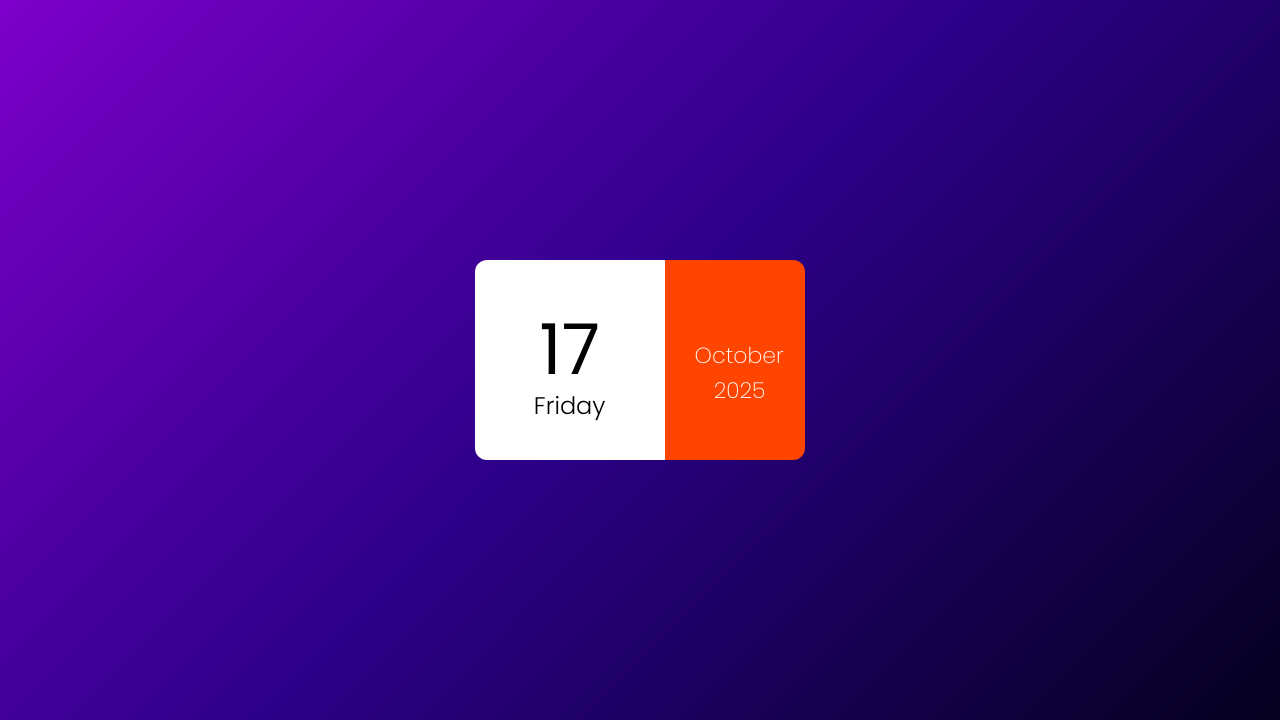
Repository: Ankitkr2021/Calendar
Page: index.html
These files come from the project's save history. The page is drawn as it stood at one moment and after the next save; the edit follows.
The browser window is 1280 px wide. The pictures show the whole page.

Above is the page before, as saved 2025-10-17 19:52:11.
Console error: TypeError: mon.getMonth is not a function

After the next save:
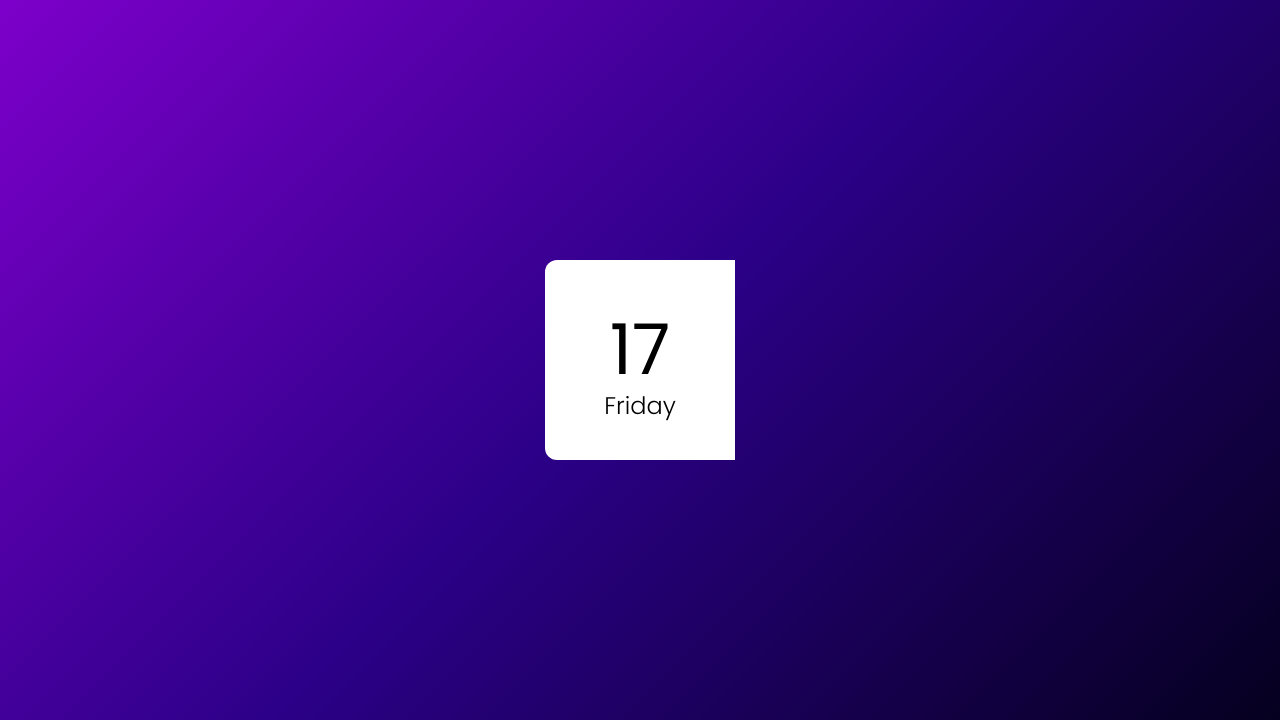
Saved 6 s later.
--- a/index.html
+++ b/index.html
@@ -15,8 +15,8 @@
             </h1>
         </div>
         <div class="month">
-            <div class="mon" id="mon">October</div>
-            <div class="year" id="year">2025</div>
+            <div class="mon" id="mon"></div>
+            <div class="year" id="year"></div>
         </div>
     </div>
     <script src="./main.js"></script>

After the 2 saves that followed:
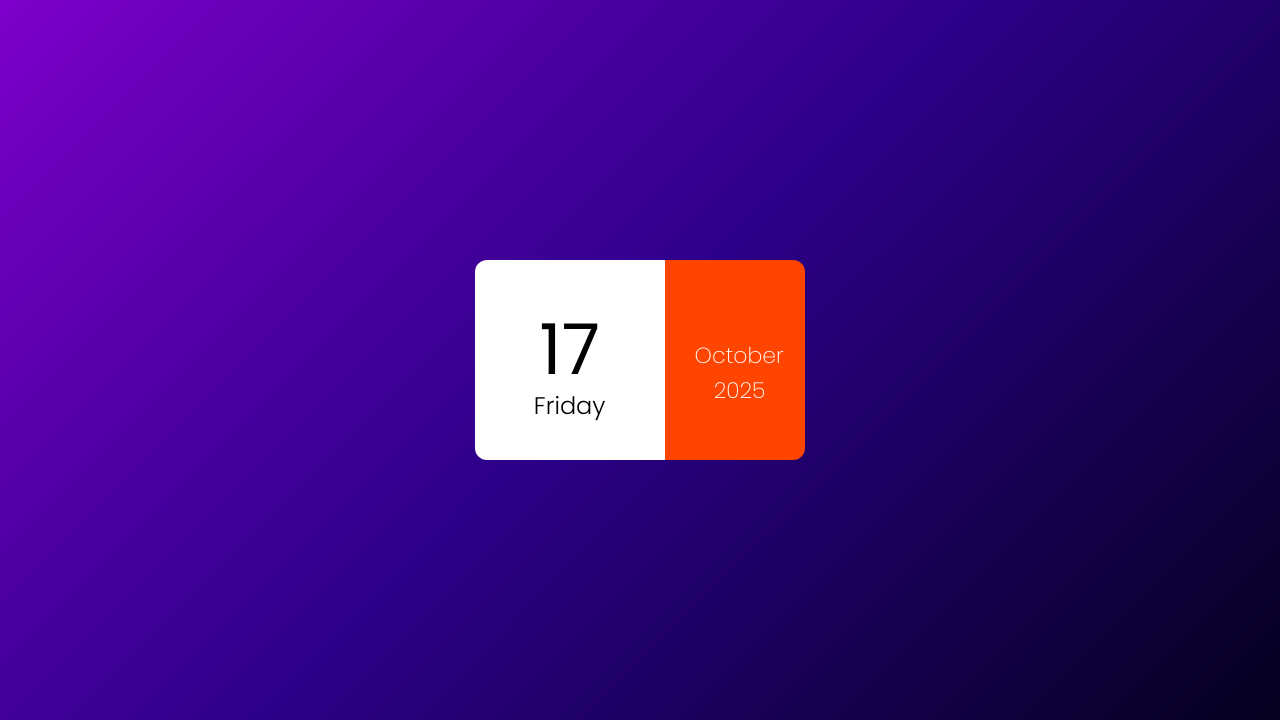
The 2 saves are shown as one change because they came seconds apart.
The last was saved 8 s later.
--- a/index.html
+++ b/index.html
@@ -15,8 +15,8 @@
             </h1>
         </div>
         <div class="month">
-            <div class="mon" id="mon"></div>
-            <div class="year" id="year"></div>
+            <div class="mon" id="mon">October</div>
+            <div class="year" id="year">2025</div>
         </div>
     </div>
     <script src="./main.js"></script>
